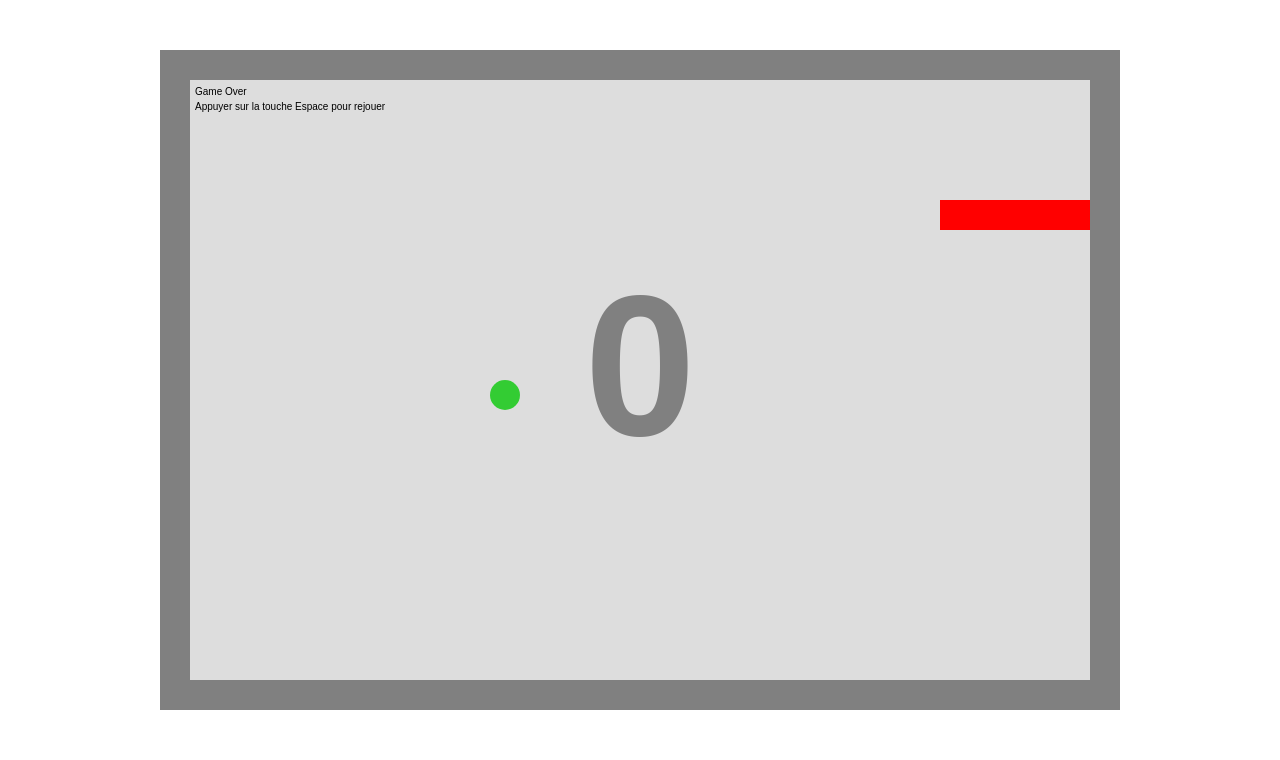
Repository: laben35/snake
Page: index.html
An editor plug-in stored every save of this project. The page is shown before and after the next save, followed by the edit.
The browser window is 1280 px wide. The pictures show the whole page.

Above is the page before, as saved 2019-12-08 19:04:30.

### index.html
<!DOCTYPE html>
<html lang="en">
<head>
    <meta charset="UTF-8">
    <meta name="viewport" content="width=device-width, initial-scale=1.0">
    <meta http-equiv="X-UA-Compatible" content="ie=edge">
    <title>The snake game</title>
    <script src="script.js"></script>
</head>
<body>

</body>
</html>

### script.js
window.onload = function()
{
    var canvasWidth = 900;
    var canvasHeight = 600;
    var blockSize = 30;
    var ctx;
    var delay = 150;   // si j'augmente le délai de rafraichissement du canvas,  le serpent avance moins vite, comme ça il se rafraichit une fois toutes les secondes et non toutes les dixièmes de secondes
    var snakee;
    var applee;
    var widthInBlocks = canvasWidth/blockSize;  //la largeur en terme de block sera la largeur divisée par la taille du bloc c'est à dire, la largeur est de 900px et la taille du bloc (blockSize) est de 30px ==> notre largeur en terme de blocks sera de 30px var 30*30=900
    var heightInBocks = canvasHeight/blockSize; //600/30 = 20
    var score;

    init();

    function init()
    {
            var canvas = document.createElement('canvas');  //Canvas élément HTML qui permet de dessiner notre page HTML
            canvas.width = canvasWidth;
            canvas.height = canvasHeight;
            canvas.style.border = "30px solid gray";
            canvas.style.margin = "50px auto";
            canvas.style.display = "block";
            canvas.style.backgroundColor = "#ddd";
            document.body.appendChild(canvas);
            ctx = canvas.getContext('2d');
            snakee = new Snake( [[6,4], [5,4], [4,4], [3,4], [2,4]], "right");
            applee = new Apple([10,10]);
            score = 0;
            refreshCanvas();
    }

    //fonction qui rafraichit le canvas
    function refreshCanvas()
    {
        snakee.advance();
        if(snakee.checkCollision())
        {
            gameOver();
        }
        else
        {
            if(snakee.isEatingApple(applee))         // Condition est-ce que le serpent a mangé un fruit
            {
                score++;
                snakee.ateApple = true;   //le serpent a bien mangé un fruit
                do
                {
                    applee.setNewPosition();     //Le serpent a mangé un fruit donc on va replacer le fruit à un autre endroit d'où la nouvelle méthode: setNewPosition()
                }
                while(applee.isOnSnake(snakee))

            }
            ctx.clearRect(0,0,canvasWidth, canvasHeight);
            drawScore();
            snakee.draw();
            applee.draw();
            setTimeout(refreshCanvas, delay);
        }
    }

    function gameOver()  //Je souhaite que cette fonction écrive GameOver à chaque fois que le serpent rencontre un mur ou lui-même
    {
        ctx.save();   //permet d'enregistrer les paramètre de configuration du contexte du combat cad de le retrouver comme avant
        ctx.fillText("Game Over", 5, 15);
        ctx.fillText("Appuyer sur la touche Espace pour rejouer", 5, 30);
        ctx.restore();
    }

    function restart()
    {
        snakee = new Snake( [[6,4], [5,4], [4,4], [3,4], [2,4]], "right");
        applee = new Apple([10,10]);
        score = 0;
        refreshCanvas();
    }

    function drawScore()   //fonction qui permet d'afficher le score à l'écran
    {
        ctx.save();
        ctx.font = "bold 200px sans-serif";
        ctx.fillStyle = "gray";
        ctx.textAlign = "center";
        ctx.textBaseline = "middle";
        var centreX = canvasWidth / 2;
        var centreY = canvasHeight / 2;
        ctx.fillText(score.toString(), centreX, centreY);    //ctx.fillText(score.toString(), 5, canvasHeight - 5);
        ctx.restore();
    }

    function drawBlock(ctx, position)
    {
        var x = position[0] * blockSize;
        var y = position[1] * blockSize;
        ctx.fillRect(x,y, blockSize, blockSize);
    }

    //Le constructeur
    function Snake(body, direction)
    {
        this.body = body;
        this.direction = direction;
        this.ateApple = false;      //Pour savoir si mon serpent a mangé un fruit pour le faire grandir  ==> ajout de cette propriété...
        this.draw = function()
        {
            ctx.save();
            ctx.fillStyle = "#ff0000";
            for(var i = 0; i < this.body.length; i++)
           {
               drawBlock(ctx, this.body[i]);
           }
           ctx.restore();
        };
        this.advance = function()
        {
            var nextPosition = this.body[0].slice();
            switch(this.direction)
            {
                case "left":
                    nextPosition[0] -= 1;    //ici c'est la position du x
                    break;
                case "right":
                    nextPosition[0] += 1;
                    break;
                case "down":
                    nextPosition[1] += 1;   //ici c'est la position du y
                    break;
                case "up":
                    nextPosition[1] -= 1;
                    break;
                default:
                    throw("Invalid Direction");
            }
            this.body.unshift(nextPosition);
            if(!this.ateApple)
                this.body.pop();  // Le serpent a mangé un fruit. Ici le pop me permets d'enlever le dernier bloc cad on avançait la tête d'une position et on supprimait la dernière donc mon serpent restait à la même taille
            else
                  this.ateApple = false;
        };
        this.setDirection = function(newDirection)
        {
            var allowedDirections;
            switch(this.direction)
            {
                case "left":
                case "right":
                    allowedDirections = ["up", "down"];
                    break;
                case "down":
                case "up":
                    allowedDirections = ["left", "right"];
                    break;
                default:
                    throw("Invalid Direction");
            }
            if(allowedDirections.indexOf(newDirection) > -1)   //Si c'est >-1 alors ma nouvelle direction est permise
            {
                this.direction = newDirection;
            }
        };
        this.checkCollision = function()   //Fonction pour délimiter l'espace du serpent ==> pour ne pas qu'il sorte du canvas sinon game over
        {
            var wallCollision = false;  //si le serpent rentre dans le mur ==> les limites du canvas
            var snakeCollision = false; //si le serpent rentre sur lui-même
            var head =  this.body[0];   // c'est la tête qui prend la collision donc c'est cette partie que l'on vérifie
            var rest = this.body.slice(1);      //rest du corps du serpent en utilisant la fonction slice et autant qu'il passe sur la valeur 0 et va nous copier tout le reste dans ce array rest.
            var snakeX = head[0];
            var snakeY = head[1];
            var minX = 0;
            var minY = 0;
            var maxX = widthInBlocks - 1;
            var maxY = heightInBocks - 1;
            var isNotBetweenHorizontalWalls = snakeX < minX || snakeX > maxX;
            var isNotBetweenVerticalWalls = snakeY < minY || snakeY > maxY;

            if(isNotBetweenHorizontalWalls || isNotBetweenVerticalWalls)
            {
                wallCollision = true;
            }

            for(var i = 0; i < rest.length; i++)
            {
                if(snakeX === rest[i][0] && snakeY === rest[i][1])  //je vérifie si la tête du serpent est sur l'élément 0 ==>[i] et son X à lui [0] et je vérifie si la tête snakeX et l"élément du corps rest[i][0] ont le même X et le même Y ce qui voudrait dire que la tête du serpent est sur la même X qu'une des case du reste du serpent
                {
                    snakeCollision = true;
                }
            }
            return wallCollision || snakeCollision;
        };
        this.isEatingApple = function(appleToEat)
        {
            var head = this.body[0];  //Je déclare une variable et là, je vérifie si le X de la tête cad le head[0] est égale au corps à la place 0 c'est le 1er élément du corps de mon serpent
            if(head[0] === appleToEat.position[0] && head[1] === appleToEat.position[1])
            {
                return true;  //si cette condition est vrai, le serpent a mangé le fruit sinon rien
            }
            else
                return false;
        };
    }

    function Apple(position)
    {
        this.position = position;
        this.draw = function()
        {
            ctx.save();
            ctx.fillStyle = "#33cc33";   // couleur de la pomme
            ctx.beginPath();    //dessin de la pomme qui est ronde donc on utilise radius
            var radius = blockSize/2;
            var x = this.position[0]*blockSize + radius;
            var y = this.position[1]*blockSize + radius;
            ctx.arc(x,y, radius, 0, Math.PI*2, true);    //Dessin du cercle
            ctx.fill();
            ctx.restore();
        };
        this.setNewPosition = function()   //Je veux que cette méthode soit aléatoire donc un endroit au hasard dans mon canvas
        {
            var newx = Math.round(Math.random() * (widthInBlocks - 1));
            var newY = Math.round(Math.random() * (heightInBocks - 1));
            this.position = [newx, newY];
        };
        this.isOnSnake = function(snakeToCheck)          //métohde qui vérifie si le fruit est sur le serpent puisque sa position est aléatoire
        {
            var isOnSnake = false;

            for(var i = 0; i < snakeToCheck.body.length; i++ )  // Pour cette vérification, je fais une boucle et je passe sur chacun des blocks de mon serpent
            {
                if(this.position[0] === snakeToCheck.body[i][0] && this.position[1] === snakeToCheck.body[i][1])
                {
                   isOnSnake = true;
                }
            }
            return isOnSnake;
        };
    }

    document.onkeydown = function handleKeyDown(e)   //évènement
    {
        var key = e.keyCode;      //Nous donne le code de la touche qui a été appuyée
        var newDirection;        //nouvelle direction en fonction de la touche qui a été appuyée
        switch(key)             //swith sur la touche appuyée
        {
            case 37:   //flèche qui va à gauche
                newDirection = "left";
                break;
            case 38:   //flèche qui va en haut
                newDirection = "up";
                break;
            case 39:   //flèche qui va à droite
                newDirection = "right";
                break;
            case 40:    //flèche qui va en bas
                newDirection = "down";
                break;
            case 32:  //code de la touche Espace
                restart();
                return;
            default:
                return;
        }
        snakee.setDirection(newDirection);
    }

}

After the next save:
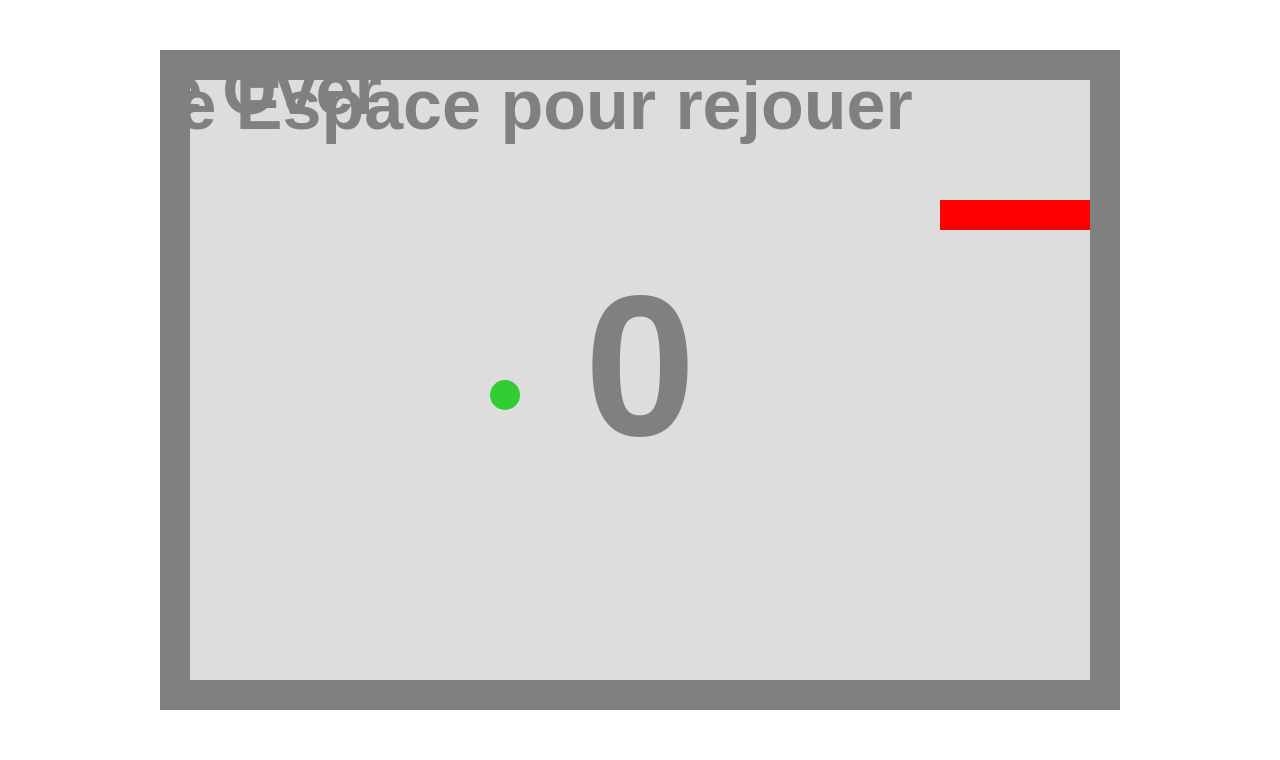
Saved 115 s later.
--- a/script.js
+++ b/script.js
@@ -62,6 +62,10 @@ window.onload = function()
     function gameOver()  //Je souhaite que cette fonction écrive GameOver à chaque fois que le serpent rencontre un mur ou lui-même
     {
         ctx.save();   //permet d'enregistrer les paramètre de configuration du contexte du combat cad de le retrouver comme avant
+        ctx.font = "bold 70px sans-serif";
+        ctx.fillStyle = "gray";
+        ctx.textAlign = "center";
+        ctx.textBaseline = "middle";
         ctx.fillText("Game Over", 5, 15);
         ctx.fillText("Appuyer sur la touche Espace pour rejouer", 5, 30);
         ctx.restore();
